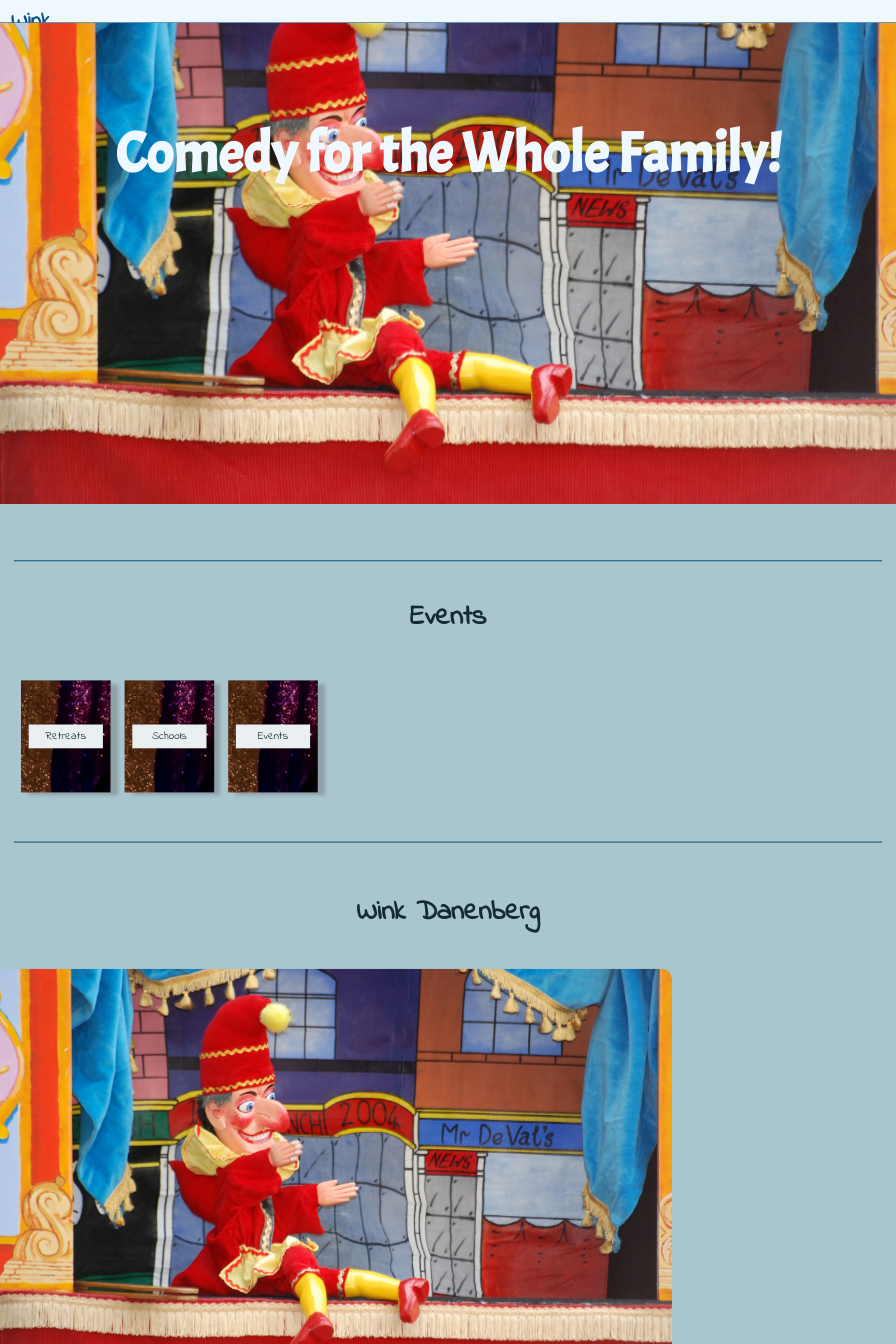
Repository: Sbethm/wink
Page: index.html
These files come from the project's save history. The page is drawn as it stood at one moment and after the next save; the edit follows.
The browser window is 1280 px wide. The pictures show the part of the page from y = 0 to 1920 px (the page is 5486 px tall), at 70% of full size.
The style sheet was rebuilt from its Sass, Less or Tailwind sources for each picture, by a compiler version that may differ from the author's.

Above is the page before, as saved 2021-08-30 16:00:57.

After the next save:
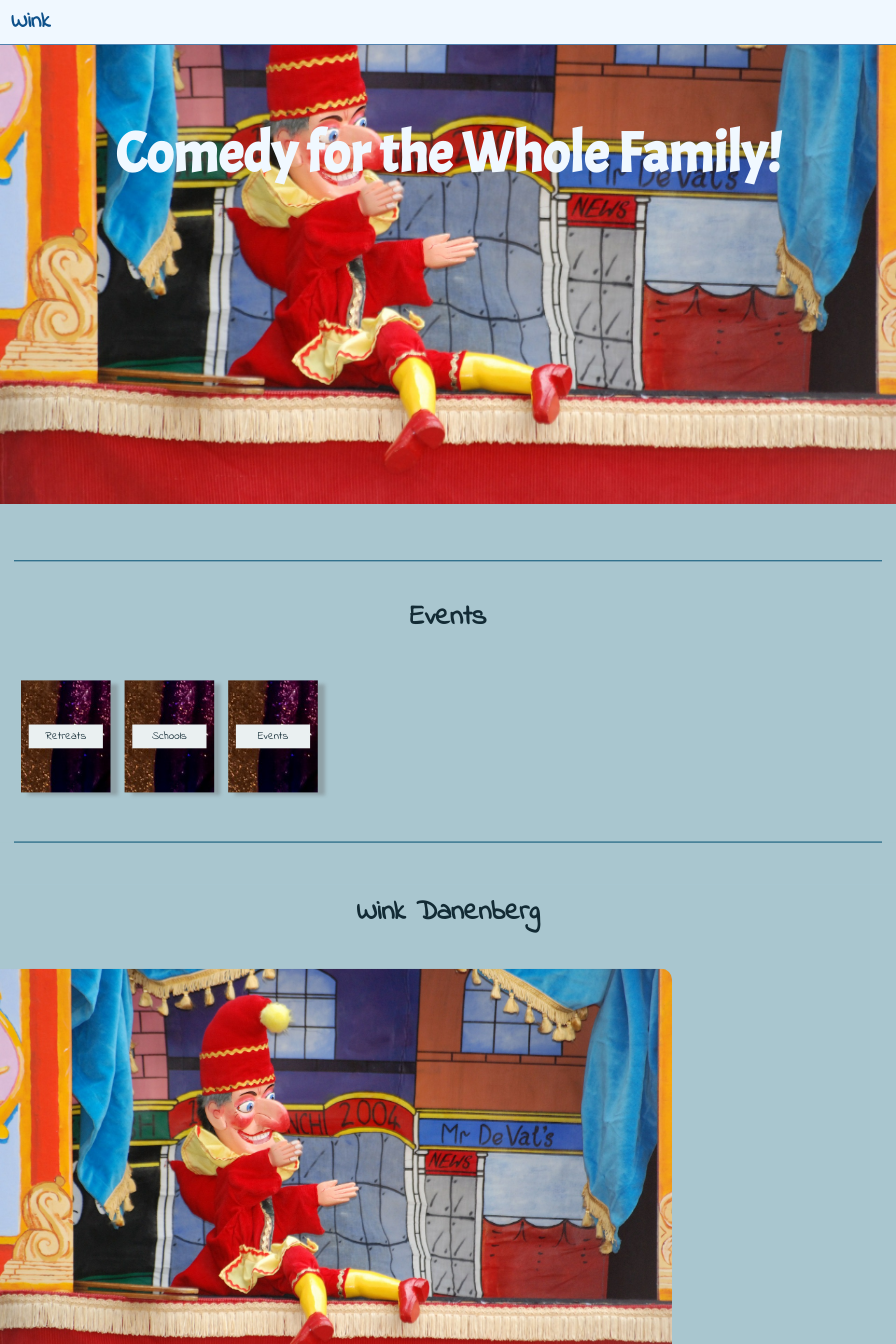
Saved 27 s later.
--- a/SCSS/main.scss
+++ b/SCSS/main.scss
@@ -64,7 +64,7 @@ p {
 header {
     position: fixed;
     top: 0;
-    height: 2rem;
+    height: 4rem;
     width: 100vw;
     padding: 1rem;
     z-index: 9;
